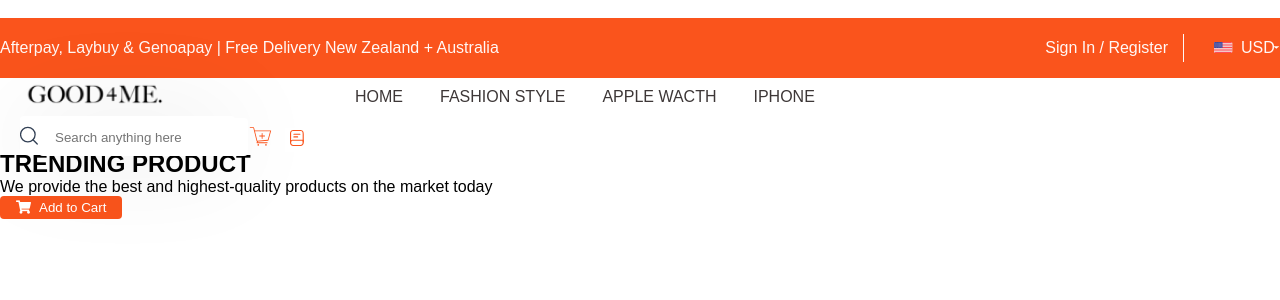
Repository: ThuatDev/shoppe_ale
Page: index.html
The author's editor kept a copy of each file at every save. The page is drawn from the files as they stood at one save, then again after the next save.
The browser window is 1280 px wide. The pictures show the whole page.
Some web fonts or font styles are not loaded; a fallback is used.

Above is the page before, as saved 2023-08-07 17:58:30.

### index.html
<!DOCTYPE html>
<html lang="en">
  <head>
    <meta charset="UTF-8" />
    <meta name="viewport" content="width=device-width, initial-scale=1.0" />
    <title>Document</title>
    <link rel="stylesheet" href="./asset/css/style.css" />
    <link href="https://fonts.cdnfonts.com/css/gilroy-bold" rel="stylesheet" />
    <!-- import font awesome -->
    <link
      rel="stylesheet"
      href="https://cdnjs.cloudflare.com/ajax/libs/font-awesome/5.15.3/css/all.min.css"
    />
    <!-- reponsive cho mobi và tablet -->
    <link
      rel="stylesheet"
      media="screen and (max-width: 768px)"
      href="./asset/css/responsive.css"
    />
    <link
      rel="stylesheet"
      href="https://cdn.jsdelivr.net/npm/boxicons@2.0.9/css/boxicons.min.css"
    />
    <style></style>
  </head>
  <body>
    <i class="bx bx-page"></i>
    <header class="header">
      <div class="top-bar">
        <div class="site">
          <div class="site-info">
            <p class="site-desc">
              Afterpay, Laybuy & Genoapay | Free Delivery New Zealand +
              Australia
            </p>
          </div>
          <div class="user-actions">
            <div class="currency">
              <button class="sign-in-btn">Sign In / Register</button>
              <svg
                class="currency-icon"
                xmlns="http://www.w3.org/2000/svg"
                width="19"
                height="11"
                viewBox="0 0 19 11"
                fill="none"
              >
                <path
                  d="M16.9469 0.109375H1.37195C0.614218 0.109375 0 0.661118 0 1.34177V9.65821C0 10.3388 0.614218 10.8906 1.37195 10.8906H16.9469C17.7046 10.8906 18.3188 10.3389 18.3188 9.65821V1.34177C18.3188 0.661118 17.7046 0.109375 16.9469 0.109375Z"
                  fill="#EEEEEE"
                />
                <path
                  d="M0.0754395 0.938708H18.2433C18.0574 0.456066 17.5473 0.109375 16.9468 0.109375H1.37192C0.771411 0.109375 0.261382 0.456066 0.0754395 0.938708Z"
                  fill="#FF4B55"
                />
                <path
                  d="M18.3188 3.42651H0V4.25581H18.3188V3.42651Z"
                  fill="#FF4B55"
                />
                <path
                  d="M18.3188 1.76782H0V2.59712H18.3188V1.76782Z"
                  fill="#FF4B55"
                />
                <path
                  d="M0 5.63081C0 5.78749 0.141434 5.91454 0.315857 5.91454H18.3188V5.08521H0V5.63081Z"
                  fill="#FF4B55"
                />
                <path
                  d="M18.3188 8.40283H0V9.23217H18.3188V8.40283Z"
                  fill="#FF4B55"
                />
                <path
                  d="M18.2433 10.0613H0.0754395C0.261382 10.5439 0.771445 10.8906 1.37192 10.8906H16.9468C17.5473 10.8906 18.0573 10.5439 18.2433 10.0613Z"
                  fill="#FF4B55"
                />
                <path
                  d="M18.3188 6.74414H0V7.57344H18.3188V6.74414Z"
                  fill="#FF4B55"
                />
                <path
                  d="M0.315859 5.91467H8.21197C8.3864 5.91467 8.52783 5.78763 8.52783 5.63094V0.393104C8.52783 0.236391 8.3864 0.109375 8.21197 0.109375H1.37195C0.614222 0.109407 0 0.661149 0 1.3418V5.63094C0 5.78766 0.141435 5.91467 0.315859 5.91467Z"
                  fill="#41479B"
                />
                <path
                  d="M0.886873 0.760967L0.956786 0.949306L1.17779 0.950816C1.20642 0.951041 1.21826 0.983824 1.19526 0.99909L1.01747 1.11701L1.08416 1.30628C1.09282 1.33077 1.06173 1.35108 1.03843 1.33611L0.858643 1.22069L0.678851 1.33614C0.655559 1.35112 0.624538 1.3308 0.633125 1.30631L0.699818 1.11704L0.52203 0.999122C0.499024 0.983824 0.510867 0.951041 0.53949 0.950848L0.7605 0.949338L0.830413 0.760999C0.839429 0.736573 0.877785 0.736573 0.886873 0.760967Z"
                  fill="#EEEEEE"
                />
                <path
                  d="M0.886873 1.74605L0.956786 1.93439L1.17779 1.9359C1.20642 1.93613 1.21826 1.96888 1.19526 1.98417L1.01747 2.10213L1.08416 2.2914C1.09282 2.31589 1.06173 2.3362 1.03843 2.32122L0.858643 2.20581L0.678851 2.32125C0.655559 2.3362 0.624538 2.31592 0.633125 2.29143L0.699818 2.10216L0.52203 1.98421C0.499024 1.96891 0.510867 1.93616 0.53949 1.93593L0.7605 1.93442L0.830413 1.74608C0.839429 1.72169 0.877785 1.72169 0.886873 1.74605Z"
                  fill="#EEEEEE"
                />
                <path
                  d="M0.886873 2.73118L0.956786 2.91952L1.17779 2.92103C1.20642 2.92126 1.21826 2.95401 1.19526 2.96931L1.01747 3.08726L1.08416 3.27653C1.09282 3.30102 1.06173 3.32133 1.03843 3.30635L0.858643 3.19094L0.678851 3.30639C0.655559 3.32133 0.624538 3.30108 0.633125 3.27656L0.699818 3.08729L0.52203 2.96934C0.499024 2.95404 0.510867 2.92129 0.53949 2.92106L0.7605 2.91955L0.830413 2.73121C0.839429 2.70679 0.877785 2.70679 0.886873 2.73118Z"
                  fill="#EEEEEE"
                />
                <path
                  d="M0.886873 3.71629L0.956786 3.90463L1.17779 3.90614C1.20642 3.90636 1.21826 3.93915 1.19526 3.95441L1.01747 4.07236L1.08416 4.26164C1.09282 4.28613 1.06173 4.30644 1.03843 4.29146L0.858643 4.17605L0.678851 4.29149C0.655559 4.30644 0.624538 4.28616 0.633125 4.26167L0.699818 4.0724L0.52203 3.95444C0.499024 3.93921 0.510867 3.9064 0.53949 3.90617L0.7605 3.90466L0.830413 3.71632C0.839429 3.6919 0.877785 3.6919 0.886873 3.71629Z"
                  fill="#EEEEEE"
                />
                <path
                  d="M0.886873 4.70162L0.956786 4.88996L1.17779 4.89147C1.20642 4.89169 1.21826 4.92444 1.19526 4.93974L1.01747 5.05769L1.08416 5.24696C1.09282 5.27145 1.06173 5.29177 1.03843 5.27679L0.858643 5.16138L0.678851 5.27682C0.655559 5.29177 0.624538 5.27149 0.633125 5.247L0.699818 5.05772L0.52203 4.93977C0.499024 4.92447 0.510867 4.89172 0.53949 4.8915L0.7605 4.88999L0.830413 4.70165C0.839429 4.67725 0.877785 4.67726 0.886873 4.70162Z"
                  fill="#EEEEEE"
                />
                <path
                  d="M1.73819 1.24386L1.8081 1.4322L2.02911 1.43371C2.05774 1.43393 2.06958 1.46671 2.04657 1.48198L1.86879 1.59993L1.93548 1.7892C1.94414 1.8137 1.91305 1.83401 1.88975 1.81903L1.70996 1.70358L1.53017 1.81903C1.50688 1.83398 1.47586 1.8137 1.48444 1.7892L1.55114 1.59993L1.37335 1.48198C1.35034 1.46668 1.36219 1.43393 1.39081 1.43371L1.61182 1.4322L1.68173 1.24386C1.69075 1.2195 1.72914 1.2195 1.73819 1.24386Z"
                  fill="#EEEEEE"
                />
                <path
                  d="M1.73819 2.22899L1.8081 2.41733L2.02911 2.41884C2.05774 2.41906 2.06958 2.45185 2.04657 2.46711L1.86879 2.58507L1.93548 2.77434C1.94414 2.79883 1.91305 2.81914 1.88975 2.80416L1.70996 2.68872L1.53017 2.80416C1.50688 2.81911 1.47586 2.79886 1.48444 2.77434L1.55114 2.58507L1.37335 2.46711C1.35034 2.45188 1.36219 2.41906 1.39081 2.41884L1.61182 2.41733L1.68173 2.22899C1.69075 2.20459 1.72914 2.20459 1.73819 2.22899Z"
                  fill="#EEEEEE"
                />
                <path
                  d="M1.73819 3.21434L1.8081 3.40268L2.02911 3.40419C2.05774 3.40441 2.06958 3.43716 2.04657 3.45246L1.86879 3.57042L1.93548 3.75969C1.94414 3.78418 1.91305 3.80449 1.88975 3.78951L1.70996 3.67407L1.53017 3.78951C1.50688 3.80446 1.47586 3.78418 1.48444 3.75969L1.55114 3.57042L1.37335 3.45246C1.35034 3.43716 1.36219 3.40441 1.39081 3.40419L1.61182 3.40268L1.68173 3.21434C1.69075 3.18995 1.72914 3.18995 1.73819 3.21434Z"
                  fill="#EEEEEE"
                />
                <path
                  d="M1.73819 4.19942L1.8081 4.38776L2.02911 4.38927C2.05774 4.3895 2.06958 4.42225 2.04657 4.43755L1.86879 4.5555L1.93548 4.74477C1.94414 4.76926 1.91305 4.78957 1.88975 4.7746L1.70996 4.65915L1.53017 4.7746C1.50688 4.78957 1.47586 4.76926 1.48444 4.74477L1.55114 4.5555L1.37335 4.43755C1.35034 4.42225 1.36219 4.3895 1.39081 4.38927L1.61182 4.38776L1.68173 4.19942C1.69075 4.17506 1.72914 4.17506 1.73819 4.19942Z"
                  fill="#EEEEEE"
                />
                <path
                  d="M2.58944 0.760727L2.65934 0.949066L2.88031 0.950576C2.90893 0.950801 2.92077 0.983584 2.89777 0.99885L2.72002 1.11677L2.7867 1.30604C2.79535 1.33053 2.76427 1.35084 2.74098 1.33587L2.56122 1.22042L2.38146 1.33587C2.35817 1.35084 2.32715 1.33053 2.33574 1.30604L2.40242 1.11677L2.22466 0.99885C2.20166 0.983552 2.2135 0.950769 2.24212 0.950576L2.46309 0.949066L2.53299 0.760727C2.54201 0.736333 2.58039 0.736333 2.58944 0.760727Z"
                  fill="#EEEEEE"
                />
                <path
                  d="M2.58944 1.74605L2.65934 1.93439L2.88031 1.9359C2.90893 1.93613 2.92077 1.96888 2.89777 1.98418L2.72002 2.10213L2.7867 2.2914C2.79535 2.31589 2.76427 2.33621 2.74098 2.32123L2.56122 2.20578L2.38146 2.32123C2.35817 2.33617 2.32715 2.31589 2.33574 2.2914L2.40242 2.10213L2.22466 1.98418C2.20166 1.96888 2.2135 1.93613 2.24212 1.9359L2.46309 1.93439L2.53299 1.74605C2.54201 1.72169 2.58039 1.72169 2.58944 1.74605Z"
                  fill="#EEEEEE"
                />
                <path
                  d="M2.58944 2.73119L2.65934 2.91952L2.88031 2.92104C2.90893 2.92126 2.92077 2.95401 2.89777 2.96931L2.72002 3.08726L2.7867 3.27653C2.79535 3.30102 2.76427 3.32134 2.74098 3.30636L2.56122 3.19091L2.38146 3.30636C2.35817 3.3213 2.32715 3.30106 2.33574 3.27653L2.40242 3.08726L2.22466 2.96931C2.20166 2.95401 2.2135 2.92126 2.24212 2.92104L2.46309 2.91952L2.53299 2.73119C2.54201 2.70679 2.58039 2.70679 2.58944 2.73119Z"
                  fill="#EEEEEE"
                />
                <path
                  d="M2.58944 3.71654L2.65934 3.90488L2.88031 3.90639C2.90893 3.90661 2.92077 3.93939 2.89777 3.95466L2.72002 4.07261L2.7867 4.26188C2.79535 4.28637 2.76427 4.30669 2.74098 4.29171L2.56122 4.17626L2.38146 4.29171C2.35817 4.30665 2.32715 4.28637 2.33574 4.26188L2.40242 4.07261L2.22466 3.95466C2.20166 3.93943 2.2135 3.90661 2.24212 3.90639L2.46309 3.90488L2.53299 3.71654C2.54201 3.69214 2.58039 3.69214 2.58944 3.71654Z"
                  fill="#EEEEEE"
                />
                <path
                  d="M2.58944 4.70162L2.65934 4.88996L2.88031 4.89147C2.90893 4.8917 2.92077 4.92445 2.89777 4.93974L2.72002 5.0577L2.7867 5.24697C2.79535 5.27146 2.76427 5.29177 2.74098 5.27679L2.56122 5.16135L2.38146 5.27679C2.35817 5.29174 2.32715 5.27146 2.33574 5.24697L2.40242 5.0577L2.22466 4.93974C2.20166 4.92445 2.2135 4.8917 2.24212 4.89147L2.46309 4.88996L2.53299 4.70162C2.54201 4.67726 2.58039 4.67726 2.58944 4.70162Z"
                  fill="#EEEEEE"
                />
                <path
                  d="M3.44083 1.24386L3.51074 1.4322L3.73175 1.43371C3.76037 1.43393 3.77222 1.46671 3.74921 1.48198L3.57142 1.59993L3.63812 1.7892C3.64677 1.8137 3.61568 1.83401 3.59239 1.81903L3.4126 1.70358L3.23281 1.81903C3.20951 1.83398 3.17849 1.8137 3.18708 1.7892L3.25377 1.59993L3.07598 1.48198C3.05298 1.46668 3.06482 1.43393 3.09345 1.43371L3.31445 1.4322L3.38437 1.24386C3.39335 1.2195 3.43178 1.2195 3.44083 1.24386Z"
                  fill="#EEEEEE"
                />
                <path
                  d="M3.44083 2.22899L3.51074 2.41733L3.73175 2.41884C3.76037 2.41906 3.77222 2.45185 3.74921 2.46711L3.57142 2.58507L3.63812 2.77434C3.64677 2.79883 3.61568 2.81914 3.59239 2.80416L3.4126 2.68872L3.23281 2.80416C3.20951 2.81911 3.17849 2.79886 3.18708 2.77434L3.25377 2.58507L3.07598 2.46711C3.05298 2.45188 3.06482 2.41906 3.09345 2.41884L3.31445 2.41733L3.38437 2.22899C3.39335 2.20459 3.43178 2.20459 3.44083 2.22899Z"
                  fill="#EEEEEE"
                />
                <path
                  d="M3.44083 3.21434L3.51074 3.40268L3.73175 3.40419C3.76037 3.40441 3.77222 3.43716 3.74921 3.45246L3.57142 3.57042L3.63812 3.75969C3.64677 3.78418 3.61568 3.80449 3.59239 3.78951L3.4126 3.67407L3.23281 3.78951C3.20951 3.80446 3.17849 3.78418 3.18708 3.75969L3.25377 3.57042L3.07598 3.45246C3.05298 3.43716 3.06482 3.40441 3.09345 3.40419L3.31445 3.40268L3.38437 3.21434C3.39335 3.18995 3.43178 3.18995 3.44083 3.21434Z"
                  fill="#EEEEEE"
                />
                <path
                  d="M3.44083 4.19942L3.51074 4.38776L3.73175 4.38927C3.76037 4.3895 3.77222 4.42225 3.74921 4.43755L3.57142 4.5555L3.63812 4.74477C3.64677 4.76926 3.61568 4.78957 3.59239 4.7746L3.4126 4.65915L3.23281 4.7746C3.20951 4.78957 3.17849 4.76926 3.18708 4.74477L3.25377 4.5555L3.07598 4.43755C3.05298 4.42225 3.06482 4.3895 3.09345 4.38927L3.31445 4.38776L3.38437 4.19942C3.39335 4.17506 3.43178 4.17506 3.44083 4.19942Z"
                  fill="#EEEEEE"
                />
                <path
                  d="M4.29211 0.760723L4.36203 0.949062L4.58307 0.950572C4.61169 0.950797 4.62354 0.98358 4.60053 0.998846L4.42272 1.11677L4.48942 1.30604C4.49808 1.33053 4.46698 1.35084 4.44369 1.33586L4.26384 1.22045L4.08402 1.33589C4.06073 1.35087 4.0297 1.33056 4.03829 1.30607L4.10499 1.1168L3.92718 0.998878C3.90417 0.98358 3.91602 0.950797 3.94465 0.950604L4.16568 0.949094L4.2356 0.760755C4.24466 0.736329 4.28305 0.736329 4.29211 0.760723Z"
                  fill="#EEEEEE"
                />
                <path
                  d="M4.29211 1.74605L4.36203 1.93439L4.58307 1.9359C4.61169 1.93613 4.62354 1.96888 4.60053 1.98418L4.42272 2.10213L4.48942 2.2914C4.49808 2.31589 4.46698 2.33621 4.44369 2.32123L4.26384 2.20578L4.08402 2.32123C4.06073 2.33617 4.0297 2.31589 4.03829 2.2914L4.10499 2.10213L3.92718 1.98418C3.90417 1.96888 3.91602 1.93613 3.94465 1.9359L4.16568 1.93439L4.2356 1.74605C4.24466 1.72169 4.28305 1.72169 4.29211 1.74605Z"
                  fill="#EEEEEE"
                />
                <path
                  d="M4.29211 2.73119L4.36203 2.91953L4.58307 2.92104C4.61169 2.92126 4.62354 2.95401 4.60053 2.96931L4.42272 3.08727L4.48942 3.27654C4.49808 3.30103 4.46698 3.32134 4.44369 3.30636L4.26384 3.19088L4.08402 3.30633C4.06073 3.32127 4.0297 3.30099 4.03829 3.2765L4.10499 3.08723L3.92718 2.96928C3.90417 2.95398 3.91602 2.92123 3.94465 2.92101L4.16568 2.9195L4.2356 2.73116C4.24466 2.7068 4.28305 2.7068 4.29211 2.73119Z"
                  fill="#EEEEEE"
                />
                <path
                  d="M4.29211 3.71654L4.36203 3.90488L4.58307 3.90639C4.61169 3.90661 4.62354 3.93939 4.60053 3.95466L4.42272 4.07261L4.48942 4.26188C4.49808 4.28637 4.46698 4.30669 4.44369 4.29171L4.26384 4.17626L4.08402 4.29171C4.06073 4.30665 4.0297 4.28637 4.03829 4.26188L4.10499 4.07261L3.92718 3.95466C3.90417 3.93943 3.91602 3.90661 3.94465 3.90639L4.16568 3.90488L4.2356 3.71654C4.24466 3.69214 4.28305 3.69214 4.29211 3.71654Z"
                  fill="#EEEEEE"
                />
                <path
                  d="M4.29211 4.70162L4.36203 4.88996L4.58307 4.89147C4.61169 4.8917 4.62354 4.92445 4.60053 4.93974L4.42272 5.0577L4.48942 5.24697C4.49808 5.27146 4.46698 5.29177 4.44369 5.27679L4.26384 5.16135L4.08402 5.27679C4.06073 5.29174 4.0297 5.27146 4.03829 5.24697L4.10499 5.0577L3.92718 4.93974C3.90417 4.92445 3.91602 4.8917 3.94465 4.89147L4.16568 4.88996L4.2356 4.70162C4.24466 4.67726 4.28305 4.67726 4.29211 4.70162Z"
                  fill="#EEEEEE"
                />
                <path
                  d="M5.14346 1.24386L5.21338 1.4322L5.43439 1.43371C5.46301 1.43393 5.47485 1.46671 5.45185 1.48198L5.27406 1.59993L5.34075 1.7892C5.34941 1.8137 5.31832 1.83401 5.29503 1.81903L5.11523 1.70358L4.93544 1.81903C4.91215 1.83398 4.88113 1.8137 4.88972 1.7892L4.95641 1.59993L4.77862 1.48198C4.75562 1.46668 4.76746 1.43393 4.79608 1.43371L5.01709 1.4322L5.087 1.24386C5.09606 1.2195 5.13441 1.2195 5.14346 1.24386Z"
                  fill="#EEEEEE"
                />
                <path
                  d="M5.14346 2.22899L5.21338 2.41733L5.43439 2.41884C5.46301 2.41906 5.47485 2.45185 5.45185 2.46711L5.27406 2.58507L5.34075 2.77434C5.34941 2.79883 5.31832 2.81914 5.29503 2.80416L5.11523 2.68872L4.93544 2.80416C4.91215 2.81911 4.88113 2.79886 4.88972 2.77434L4.95641 2.58507L4.77862 2.46711C4.75562 2.45188 4.76746 2.41906 4.79608 2.41884L5.01709 2.41733L5.087 2.22899C5.09606 2.20459 5.13441 2.20459 5.14346 2.22899Z"
                  fill="#EEEEEE"
                />
                <path
                  d="M5.14346 3.21434L5.21338 3.40268L5.43439 3.40419C5.46301 3.40441 5.47485 3.43716 5.45185 3.45246L5.27406 3.57042L5.34075 3.75969C5.34941 3.78418 5.31832 3.80449 5.29503 3.78951L5.11523 3.67407L4.93544 3.78951C4.91215 3.80446 4.88113 3.78418 4.88972 3.75969L4.95641 3.57042L4.77862 3.45246C4.75562 3.43716 4.76746 3.40441 4.79608 3.40419L5.01709 3.40268L5.087 3.21434C5.09606 3.18995 5.13441 3.18995 5.14346 3.21434Z"
                  fill="#EEEEEE"
                />
                <path
                  d="M5.14346 4.19942L5.21338 4.38776L5.43439 4.38927C5.46301 4.3895 5.47485 4.42225 5.45185 4.43755L5.27406 4.5555L5.34075 4.74477C5.34941 4.76926 5.31832 4.78957 5.29503 4.7746L5.11523 4.65915L4.93544 4.7746C4.91215 4.78957 4.88113 4.76926 4.88972 4.74477L4.95641 4.5555L4.77862 4.43755C4.75562 4.42225 4.76746 4.3895 4.79608 4.38927L5.01709 4.38776L5.087 4.19942C5.09606 4.17506 5.13441 4.17506 5.14346 4.19942Z"
                  fill="#EEEEEE"
                />
                <path
                  d="M5.99466 0.760727L6.06457 0.949066L6.28558 0.950576C6.31421 0.950801 6.32605 0.983584 6.30304 0.99885L6.12526 1.11677L6.19195 1.30604C6.20061 1.33053 6.16951 1.35084 6.14622 1.33587L5.96643 1.22042L5.78664 1.33587C5.76335 1.35084 5.73233 1.33053 5.74091 1.30604L5.80761 1.11677L5.62982 0.99885C5.60681 0.983552 5.61865 0.950769 5.64728 0.950576L5.86829 0.949066L5.9382 0.760727C5.94718 0.736333 5.98561 0.736333 5.99466 0.760727Z"
                  fill="#EEEEEE"
                />
                <path
                  d="M5.99466 1.74605L6.06457 1.93439L6.28558 1.9359C6.31421 1.93613 6.32605 1.96888 6.30304 1.98418L6.12526 2.10213L6.19195 2.2914C6.20061 2.31589 6.16951 2.33621 6.14622 2.32123L5.96643 2.20578L5.78664 2.32123C5.76335 2.33617 5.73233 2.31589 5.74091 2.2914L5.80761 2.10213L5.62982 1.98418C5.60681 1.96888 5.61865 1.93613 5.64728 1.9359L5.86829 1.93439L5.9382 1.74605C5.94718 1.72169 5.98561 1.72169 5.99466 1.74605Z"
                  fill="#EEEEEE"
                />
                <path
                  d="M5.99466 2.73119L6.06457 2.91952L6.28558 2.92104C6.31421 2.92126 6.32605 2.95401 6.30304 2.96931L6.12526 3.08726L6.19195 3.27653C6.20061 3.30102 6.16951 3.32134 6.14622 3.30636L5.96643 3.19091L5.78664 3.30636C5.76335 3.3213 5.73233 3.30106 5.74091 3.27653L5.80761 3.08726L5.62982 2.96931C5.60681 2.95401 5.61865 2.92126 5.64728 2.92104L5.86829 2.91952L5.9382 2.73119C5.94718 2.70679 5.98561 2.70679 5.99466 2.73119Z"
                  fill="#EEEEEE"
                />
                <path
                  d="M5.99466 3.71654L6.06457 3.90488L6.28558 3.90639C6.31421 3.90661 6.32605 3.93939 6.30304 3.95466L6.12526 4.07261L6.19195 4.26188C6.20061 4.28637 6.16951 4.30669 6.14622 4.29171L5.96643 4.17626L5.78664 4.29171C5.76335 4.30665 5.73233 4.28637 5.74091 4.26188L5.80761 4.07261L5.62982 3.95466C5.60681 3.93943 5.61865 3.90661 5.64728 3.90639L5.86829 3.90488L5.9382 3.71654C5.94718 3.69214 5.98561 3.69214 5.99466 3.71654Z"
                  fill="#EEEEEE"
                />
                <path
                  d="M5.99466 4.70162L6.06457 4.88996L6.28558 4.89147C6.31421 4.8917 6.32605 4.92445 6.30304 4.93974L6.12526 5.0577L6.19195 5.24697C6.20061 5.27146 6.16951 5.29177 6.14622 5.27679L5.96643 5.16135L5.78664 5.27679C5.76335 5.29174 5.73233 5.27146 5.74091 5.24697L5.80761 5.0577L5.62982 4.93974C5.60681 4.92445 5.61865 4.8917 5.64728 4.89147L5.86829 4.88996L5.9382 4.70162C5.94718 4.67726 5.98561 4.67726 5.99466 4.70162Z"
                  fill="#EEEEEE"
                />
                <path
                  d="M6.8461 1.24386L6.91601 1.4322L7.13702 1.43371C7.16565 1.43393 7.17749 1.46671 7.15448 1.48198L6.9767 1.59993L7.04339 1.7892C7.05205 1.8137 7.02096 1.83401 6.99766 1.81903L6.81787 1.70358L6.63808 1.81903C6.61479 1.83398 6.58377 1.8137 6.59235 1.7892L6.65905 1.59993L6.48126 1.48198C6.45825 1.46668 6.47009 1.43393 6.49872 1.43371L6.71973 1.4322L6.78964 1.24386C6.79866 1.2195 6.83705 1.2195 6.8461 1.24386Z"
                  fill="#EEEEEE"
                />
                <path
                  d="M6.8461 2.22899L6.91601 2.41733L7.13702 2.41884C7.16565 2.41906 7.17749 2.45185 7.15448 2.46711L6.9767 2.58507L7.04339 2.77434C7.05205 2.79883 7.02096 2.81914 6.99766 2.80416L6.81787 2.68872L6.63808 2.80416C6.61479 2.81911 6.58377 2.79886 6.59235 2.77434L6.65905 2.58507L6.48126 2.46711C6.45825 2.45188 6.47009 2.41906 6.49872 2.41884L6.71973 2.41733L6.78964 2.22899C6.79866 2.20459 6.83705 2.20459 6.8461 2.22899Z"
                  fill="#EEEEEE"
                />
                <path
                  d="M6.8461 3.21434L6.91601 3.40268L7.13702 3.40419C7.16565 3.40441 7.17749 3.43716 7.15448 3.45246L6.9767 3.57042L7.04339 3.75969C7.05205 3.78418 7.02096 3.80449 6.99766 3.78951L6.81787 3.67407L6.63808 3.78951C6.61479 3.80446 6.58377 3.78418 6.59235 3.75969L6.65905 3.57042L6.48126 3.45246C6.45825 3.43716 6.47009 3.40441 6.49872 3.40419L6.71973 3.40268L6.78964 3.21434C6.79866 3.18995 6.83705 3.18995 6.8461 3.21434Z"
                  fill="#EEEEEE"
                />
                <path
                  d="M6.8461 4.19942L6.91601 4.38776L7.13702 4.38927C7.16565 4.3895 7.17749 4.42225 7.15448 4.43755L6.9767 4.5555L7.04339 4.74477C7.05205 4.76926 7.02096 4.78957 6.99766 4.7746L6.81787 4.65915L6.63808 4.7746C6.61479 4.78957 6.58377 4.76926 6.59235 4.74477L6.65905 4.5555L6.48126 4.43755C6.45825 4.42225 6.47009 4.3895 6.49872 4.38927L6.71973 4.38776L6.78964 4.19942C6.79866 4.17506 6.83705 4.17506 6.8461 4.19942Z"
                  fill="#EEEEEE"
                />
                <path
                  d="M7.69742 0.760727L7.76733 0.949066L7.98834 0.950576C8.01697 0.950801 8.02881 0.983584 8.0058 0.99885L7.82801 1.11677L7.89471 1.30604C7.90337 1.33053 7.87227 1.35084 7.84898 1.33587L7.66919 1.22042L7.4894 1.33587C7.46611 1.35084 7.43508 1.33053 7.44367 1.30604L7.51036 1.11677L7.33258 0.99885C7.30957 0.983552 7.32141 0.950769 7.35004 0.950576L7.57105 0.949066L7.64096 0.760727C7.64998 0.736333 7.68833 0.736333 7.69742 0.760727Z"
                  fill="#EEEEEE"
                />
                <path
                  d="M7.69742 1.74605L7.76733 1.93439L7.98834 1.9359C8.01697 1.93613 8.02881 1.96888 8.0058 1.98418L7.82801 2.10213L7.89471 2.2914C7.90337 2.31589 7.87227 2.33621 7.84898 2.32123L7.66919 2.20578L7.4894 2.32123C7.46611 2.33617 7.43508 2.31589 7.44367 2.2914L7.51036 2.10213L7.33258 1.98418C7.30957 1.96888 7.32141 1.93613 7.35004 1.9359L7.57105 1.93439L7.64096 1.74605C7.64998 1.72169 7.68833 1.72169 7.69742 1.74605Z"
                  fill="#EEEEEE"
                />
                <path
                  d="M7.69742 2.73119L7.76733 2.91952L7.98834 2.92104C8.01697 2.92126 8.02881 2.95401 8.0058 2.96931L7.82801 3.08726L7.89471 3.27653C7.90337 3.30102 7.87227 3.32134 7.84898 3.30636L7.66919 3.19091L7.4894 3.30636C7.46611 3.3213 7.43508 3.30106 7.44367 3.27653L7.51036 3.08726L7.33258 2.96931C7.30957 2.95401 7.32141 2.92126 7.35004 2.92104L7.57105 2.91952L7.64096 2.73119C7.64998 2.70679 7.68833 2.70679 7.69742 2.73119Z"
                  fill="#EEEEEE"
                />
                <path
                  d="M7.69742 3.71654L7.76733 3.90488L7.98834 3.90639C8.01697 3.90661 8.02881 3.93939 8.0058 3.95466L7.82801 4.07261L7.89471 4.26188C7.90337 4.28637 7.87227 4.30669 7.84898 4.29171L7.66919 4.17626L7.4894 4.29171C7.46611 4.30665 7.43508 4.28637 7.44367 4.26188L7.51036 4.07261L7.33258 3.95466C7.30957 3.93943 7.32141 3.90661 7.35004 3.90639L7.57105 3.90488L7.64096 3.71654C7.64998 3.69214 7.68833 3.69214 7.69742 3.71654Z"
                  fill="#EEEEEE"
                />
                <path
                  d="M7.69742 4.70162L7.76733 4.88996L7.98834 4.89147C8.01697 4.8917 8.02881 4.92445 8.0058 4.93974L7.82801 5.0577L7.89471 5.24697C7.90337 5.27146 7.87227 5.29177 7.84898 5.27679L7.66919 5.16135L7.4894 5.27679C7.46611 5.29174 7.43508 5.27146 7.44367 5.24697L7.51036 5.0577L7.33258 4.93974C7.30957 4.92445 7.32141 4.8917 7.35004 4.89147L7.57105 4.88996L7.64096 4.70162C7.64998 4.67726 7.68833 4.67726 7.69742 4.70162Z"
                  fill="#EEEEEE"
                />
              </svg>
              <p class="currency-option">USD</p>
              <!-- tạo cho tôi icon mũi trên từ trên xuống dưới -->
              <svg
                xmlns="http://www.w3.org/2000/svg"
                width="7"
                height="3"
                viewBox="0 0 7 3"
                fill="none"
              >
                <path
                  d="M0.318848 0.152344L3.31941 2.84766L6.31995 0.152344H0.318848Z"
                  fill="white"
                />
              </svg>
            </div>
          </div>
        </div>
      </div>
      <nav>
        <div class="site-2">
          <div class="logo">
            <img src="./asset/image/Logo_-_Good4Me_140x 1.png" alt="" />
          </div>
          <ul class="menu">
            <li class="menu-item">HOME</li>
            <li class="menu-item">FASHION STYLE</li>
            <li class="menu-item">APPLE WACTH</li>
            <li class="menu-item">IPHONE</li>
          </ul>
          <div class="search">
            <div class="icon-search"></div>
            <input
              type="text"
              placeholder="Search anything here"
              class="input-search"
            />
          </div>

          <div class="custom-icon-container">
            <div class="colorx">
              <div class="icon-cart"></div>
            </div>
            <div class="icon-page"></div>
          </div>
        </div>
      </nav>
    </header>
    <section class="banner">
      <div class="banners">
        <div class="banner-title">
          <h1 class="title">TRENDING PRODUCT</h1>
        </div>
        <div class="banner-desc">
          <p class="desc">
         We provide the best and highest-quality products on the market today
          </p>
        </div>
        <div class="banner-bnt">
        <button class="add-to-cart-button">
    <i class="cart-icon fas fa-shopping-cart"></i>
    Add to Cart
  </button>
      </div>
    </section>
  </body>
</html>

### asset/css/responsive.css
@media (max-width: 767px) {
  /* Điều chỉnh kiểu dáng và bố cục cho màn hình điện thoại di động */
  .site .site-info .site-desc {
    display: none;
  }
  .site {
    flex-direction: column-reverse;
    height: auto;
  }
}

Loaded but not shown: asset/image/cart.svg (14 lines, source omitted); asset/image/search.svg (24 lines, source omitted); asset/css/style.css (205 lines, source omitted)

After the next save:
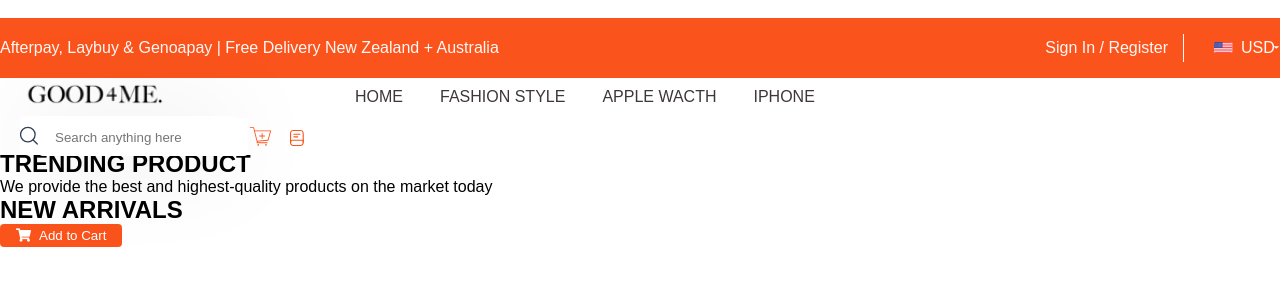
Saved 56 s later.
--- a/index.html
+++ b/index.html
@@ -300,14 +300,19 @@
         </div>
         <div class="banner-desc">
           <p class="desc">
-         We provide the best and highest-quality products on the market today
+            We provide the best and highest-quality products on the market today
           </p>
         </div>
-        <div class="banner-bnt">
+        <div class="banner-title-2">
+          <h1 class="title-2">NEW ARRIVALS</h1>
+        </div>
+      </div>
+
+      <div class="banner-bnt">
         <button class="add-to-cart-button">
-    <i class="cart-icon fas fa-shopping-cart"></i>
-    Add to Cart
-  </button>
+          <i class="cart-icon fas fa-shopping-cart"></i>
+          Add to Cart
+        </button>
       </div>
     </section>
   </body>
